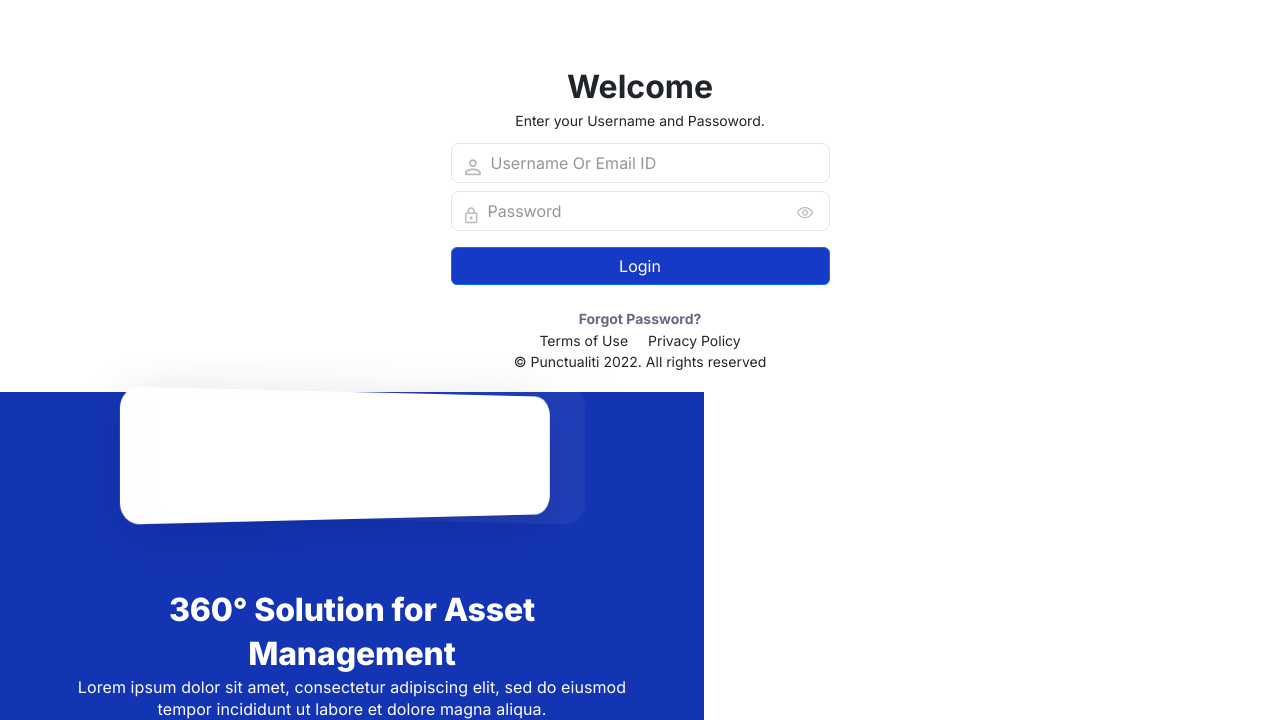
Repository: TauqeerHusain/Vouch-digital
Page: /
These files come from the project's save history. The page is drawn as it stood at one moment and after a run of saves; the edit follows.
The browser window is 1280 px wide. The pictures show the whole page.
The project was rebuilt for these pictures with package versions that can differ from the ones it lists, and the page was loaded fresh each time. Also part of the build but not shown: src/styles/Dashboard.css, src/Components/Dashboard/Aside.js, src/Components/Dashboard/Board.js, src/Components/Dashboard/index.js, src/styles/AddClintNav.css, src/Components/AddClint/AddClintNav.js, src/Components/CreateProfile/CrContent.js, src/Components/CreateProfile/index.js and 14 more.

Above is the page before, as saved 2023-03-15 15:22:02.

### public/index.html
<!DOCTYPE html>
<html lang="en">
  <head>
    <meta charset="utf-8" />
    <link rel="icon" href="%PUBLIC_URL%/favicon.ico" />
    <meta name="viewport" content="width=device-width, initial-scale=1" />
    <meta name="theme-color" content="#000000" />
    <meta
      name="description"
      content="Web site created using create-react-app"
    />
    <link rel="apple-touch-icon" href="%PUBLIC_URL%/logo192.png" />
    <!--
      manifest.json provides metadata used when your web app is installed on a
      user's mobile device or desktop. See https://developers.google.com/web/fundamentals/web-app-manifest/
    -->
    <link rel="manifest" href="%PUBLIC_URL%/manifest.json" />
    <link rel="preconnect" href="https://fonts.googleapis.com" />
    <link rel="preconnect" href="https://fonts.gstatic.com" crossorigin />
    <link
      href="https://fonts.googleapis.com/css2?family=Inter:wght@100;200;300;400;500;600;700;800;900&display=swap"
      rel="stylesheet"
    />
    <!--
      Notice the use of %PUBLIC_URL% in the tags above.
      It will be replaced with the URL of the `public` folder during the build.
      Only files inside the `public` folder can be referenced from the HTML.

      Unlike "/favicon.ico" or "favicon.ico", "%PUBLIC_URL%/favicon.ico" will
      work correctly both with client-side routing and a non-root public URL.
      Learn how to configure a non-root public URL by running `npm run build`.
    -->
    <title>React App</title>
  </head>
  <body>
    <noscript>You need to enable JavaScript to run this app.</noscript>
    <div id="root"></div>
    <!--
      This HTML file is a template.
      If you open it directly in the browser, you will see an empty page.

      You can add webfonts, meta tags, or analytics to this file.
      The build step will place the bundled scripts into the <body> tag.

      To begin the development, run `npm start` or `yarn start`.
      To create a production bundle, use `npm run build` or `yarn build`.
    -->
  </body>
</html>

### src/styles/LoginAct.css
.LoginAct {
    min-width: 100%;
    min-height: 100vh;
    display: flex;
    background: #fff;
    flex-wrap: wrap;
}

.LoginAct-form {
    width: 500%;
    background: #fff;
    display: grid;
    place-items: center;
    position: relative;
}

.condi {
    position: absolute;
    bottom: 0px;
    margin-bottom: 20px;
}

.term {
    display: flex;
    justify-content: center;
}

.span {
    font-size: 14px;
    cursor: pointer;
}

.span:nth-child(2) {
    margin-left: 20px;
}

.copy {
    font-size: 14px;
    cursor: pointer;
}

.form-act {
    text-align: center;
}

.form-top {
    width: 100%;
}

.form-head {
    font-weight: bold;
    font-size: 32px;
    font-family: 'Inter';
}

.form-cap {
    font-weight: 400;
    font-size: 14px;
    line-height: 20px;
    margin-bottom: 12px;
}

.input-fild {
    width: 100%;
    height: 40px;
    margin-top: 8px;
    background: #FFFFFF;
    border: 1px solid #E6E6E6;
    border-radius: 8px;
    display: flex;
    align-items: center;
    padding: 0px 13px;
}

.input-icon {
    padding-top: 5px;
}

.input-control {
    width: 335px;
    position: relative;
}

.show-pwd {
    position: absolute;
    right: 0px;
    top: 0px;
    background: #fff;
    cursor: pointer;
}

.data-input {
    width: 100%;
    height: 100%;
    padding-left: 10px;
    border: none;
    outline: none;
    font-size: 16px;
    color: #848687;
}

.data-input::placeholder {
    color: #939596;
}

.loginBtn {
    width: 100%;
    height: 100%;
    color: #fff;
    background: #1334B3;
    font-size: 16px;
    height: 40px;
    margin-top: 14px;
    line-height: 22px;
    border-radius: 8px;
    cursor: pointer;
}

.forget-pwd-link {
    text-align: center;
    margin-top: 24px;
    font-family: 'Nunito Sans';
    font-style: normal;
    font-weight: 700;
    font-size: 14px;
    line-height: 19px;
    cursor: pointer;
    color: #686687;
}


/* slider  */
.from_info {
    width: 55%;
    background: #1334B3;
    display: flex;
    align-items: center;
    justify-content: center;
    flex-direction: column;
}

.slid-show {
    width: 100%;
    position: relative;
    height: 50%;
    width: 70%;
}

.slid-show-one,
.slid-show-two {
    width: 100%;
    height: 100%;
    position: absolute;
    box-shadow: 0px 12px 48px rgba(3, 0, 55, 0.15);
    border-radius: 20px;
    background: #fff;
}

.slid-show-one {
    transform: perspective(1500px) rotateY(30deg);
}

.slid-show-two {
    transform: perspective(1500px) rotateY(-30deg);
    /* background: red; */
    opacity: 0.05;
}

.slid-text {
    width: 80%;
    padding-top: 70px;
}

.from-slide-header {
    font-weight: 800;
    font-size: 32px;
    line-height: 44px;
    letter-spacing: -0.005em;
    color: #fff;
    text-align: center;
}

.from-slide-about {
    font-weight: 400;
    font-size: 16px;
    line-height: 22px;
    text-align: center;
    letter-spacing: 0.005em;
    color: #fff;
    text-align: center;
}

/* Modal */
.Modal {
    width: 100%;
    height: 100vh;
    background: rgba(3, 0, 55, 0.15);
    position: fixed;
    top: 0px;
    left: 0px;
    display: flex;
    justify-content: center;
    align-items: flex-start;
}

.massege-box {
    width: 450px;
    /* height: 200px; */
    border-radius: 10px;
    background: #f6f3f3;
    box-shadow: 0px 12px 48px rgba(3, 0, 55, 0.15);
    transition: all 0.3s linear;
    margin-top: 30px;
    position: relative;
    z-index: 2;
}

.success-mgs {
    height: 40px;
    text-align: center;
    margin-top: 20px;
    color: #1334B3;
    font-size: 20px;
}

.token-mgs {
    height: 40px;
    text-align: center;
    color: #686687;
}

.token-mgs span {
    color: #1334B3;
}

.token-btn {
    padding: 8px 30px;
    background: #0d6efd;
    color: #fff;
    display: block;
    margin: 10px auto;
    border-radius: 5px;
    cursor: pointer;
}

.token-btn:active {
    outline: #9ac2fe 4px solid;
}

.ok-btn {
    color: #fff;
    text-decoration: none;
    display: inline-block;
    margin: 10px auto;
}

.log_button {
    display: flex;
    justify-content: center;
}

.ok-btn button {
    padding: 8px 40px;
}

@media (max-width:1024px) {
    .slid-show {
        width: 80%;
        height: 40%;
    }

    .from-slide-header {
        font-size: 30px;
        line-height: 1;
        margin-bottom: 10px;
    }

    .from-slide-about {
        font-size: 15px;
    }
}

@media (max-width:926px) {

    .from_info {
        display: none;
    }

    .LoginAct-form {
        width: 100%;
        height: 100vh;
    }
}

@media (max-width:425px) {

    .from_info {
        display: none;
    }

    .LoginAct-form {
        width: 100%;
        height: 100vh;
    }

    .input-control {
        width: 300px;
    }
}

### src/styles/ViewClient.css
.contect-view {
    width: 100%;
    padding: 0px 24px;
    padding-bottom: 60px;
}

.login_btn {
    background: #153AC7 !important;
    width: 100%;
    margin-top: 16px;
}

.veiw-container {
    width: 100%;
    box-shadow: 0px 1px 5px rgba(3, 0, 55, 0.08);
    border-radius: 8px;
    background: #fff;
    overflow: hidden;
}

.Ds_container {
    width: 100%;
}

.view-header-flex {
    display: flex;
    align-items: center;
    justify-content: space-between;
}

.view-header {
    padding: 16px 24px;
    height: 72px;
    width: 100%;
    position: relative;
}

.view-header-search {
    height: 40px;
    width: 300px;
}

.mobile_search {
    width: 100%;
    height: 100%;
    background: #fff;
    position: absolute;
    left: 0px;
    top: 0px;
    display: flex;
    align-items: center;
    padding: 0px 20px;
}

.mobile_search_btn {
    width: 35px;
    height: 35px;
    display: flex;
    align-items: center;
    justify-content: center;
    border-radius: 50%;
    overflow: hidden;
    position: relative;
    display: none;
}

.btn_layer {
    position: absolute;
    width: 100%;
    height: 100%;
    /* background: red; */
    top: 0px;
    left: 0px;
}

.search_close {
    width: 35px;
    height: 35px;
    background: none;
    border-radius: 50%;
    margin-left: 10px;
    padding: 2px;
}

.mobile_search_btn button {
    width: 100%;
    height: 100%;
    background: none;
}

.search-feild {
    position: relative;
}

.view-btn {
    padding: 10px 16px;
    background: none;
    border-radius: 8px;
    font-size: 14px;
    line-height: 20px;
    border: 1px solid #E6E6E6;
}

.colBtn {
    color: #939596;
    background: #FFFFFF;
    font-weight: 400;
    letter-spacing: 0.0025em;
    margin-right: 12px;
}

.EpBtn {
    color: #153AC7;
    background: #E8EBF9;
    font-weight: 700;
    letter-spacing: 0.01em;
}

.colBtn .icon {
    margin-left: 16px;
}

.EpBtn .icon {
    padding-right: 12.5px;
}

/* table  */
.table-box {
    width: 100%;
}

.table_view {
    min-width: 100%;
    border-collapse: none;
    border-spacing: 0px;
}

.table_view thead {
    height: 32px;
    border: 1px solid #E8EBF9;
    background: #F8F9FD;
}

.table_view thead tr td {
    border-top: 1px solid #E8EBF9;
    border-bottom: 1px solid #E8EBF9;
    font-weight: 400;
    font-size: 12px;
    line-height: 16px;
    letter-spacing: 0.01em;
    color: #030037;
    padding: 0px 24px;
    word-wrap: normal
}

.table_view thead tr td:last-child {
    text-align: center;
}

.table_view tbody {
    border-top: 1px solid #E8EBF9;
}

.table_view tbody tr {
    width: 100%;
    height: 56px;
    padding: 12px 0px;
}

.table_view tbody tr td {
    font-weight: 400;
    font-size: 14px;
    line-height: 20px;
    letter-spacing: 0.0025em;
    padding: 18px 24px;
    color: #030037;
}

.table_view tbody tr td:last-child {
    text-align: center;
}

.user-td {
    display: flex;
    align-items: center;
}

.user-td-img {
    margin-right: 10px;
}

.oparetion {
    position: relative;
}

.op-btn {
    width: 20px;
    background: none;
    height: 100%;
}

.btn-layer {
    position: absolute;
    top: 0px;
    left: 50%;
    transform: translateX(-50%);
    content: "";
    width: 20px;
    height: 100%;
    cursor: pointer;
    border-radius: 8px;
}

.op-modal {
    position: absolute;
    /* display: none; */
    right: 14px;
    top: 0px;
    width: 184px;
    background: #FFFFFF;
    box-shadow: 0px 4px 16px rgba(3, 0, 55, 0.08);
    border-radius: 8px;
    z-index: 1;
    padding: 8px;
    padding-bottom: 0px;
}

.op-btn:active .op-modal {
    display: block;
}

.op-modal.active {
    display: block;
}

/* tr modal  */
.tr-row {
    width: 100%;
    display: flex;
    height: 36px;
    align-items: center;
    cursor: pointer;
    margin-bottom: 8px;
}

.tr-row .icon {
    margin-left: 16px;
}

.tr-row .text {
    margin-left: 12px;
    font-weight: 400;
    font-size: 14px;
    line-height: 20px;
    display: flex;
    align-items: center;
    letter-spacing: 0.0025em;
    color: #030037;
}

/* table bottom butttom */
.tbl_bottom_btn {
    width: 100%;
    padding: 24px;
}

.tbl_btn_cont {
    height: 40px;
}

.table-box::-webkit-scrollbar {
    height: 18px;
}

::-webkit-scrollbar-thumb {
    border: 8px solid #fff;
    background: rgba(104, 95, 95, 0.841);
    border-radius: 18px;
}

@media (max-width:1920px) {
    .table_view {
        min-width: 1310px;
    }

    .table-box {
        overflow: auto;
    }
}

@media (max-width:768px) {
    .view-header-search {
        display: none;
    }

    .mobile_search_btn {
        display: flex;
    }
}

Loaded but not shown: src/index.js (common file); src/reportWebVitals.js (common file); src/Components/LoginAct/index.js (224 lines, source omitted); src/App.js (42 lines, source omitted); src/index.css (1165 lines, source omitted)

After the next 5 saves:
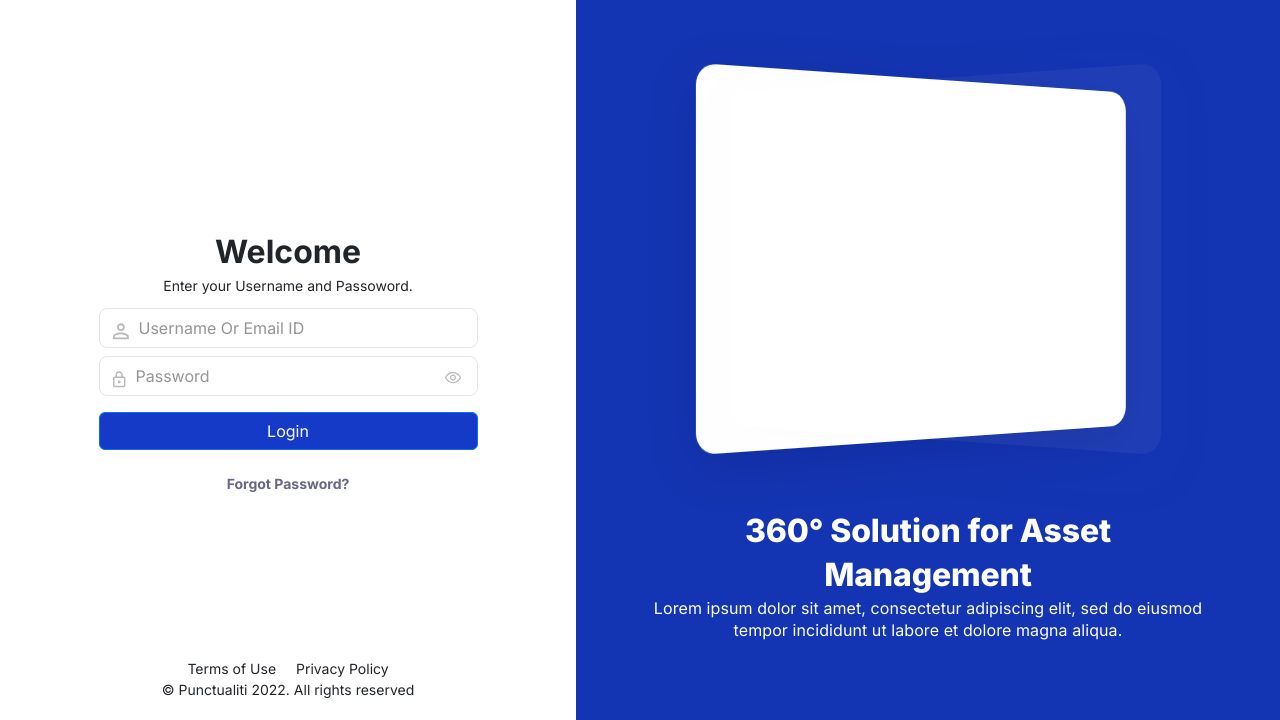
The 5 saves are shown as one change because they came seconds apart.
The last was saved 14 s later.
--- a/src/styles/LoginAct.css
+++ b/src/styles/LoginAct.css
@@ -7,7 +7,7 @@
 }
 
 .LoginAct-form {
-    width: 500%;
+    width: 45%;
     background: #fff;
     display: grid;
     place-items: center;
